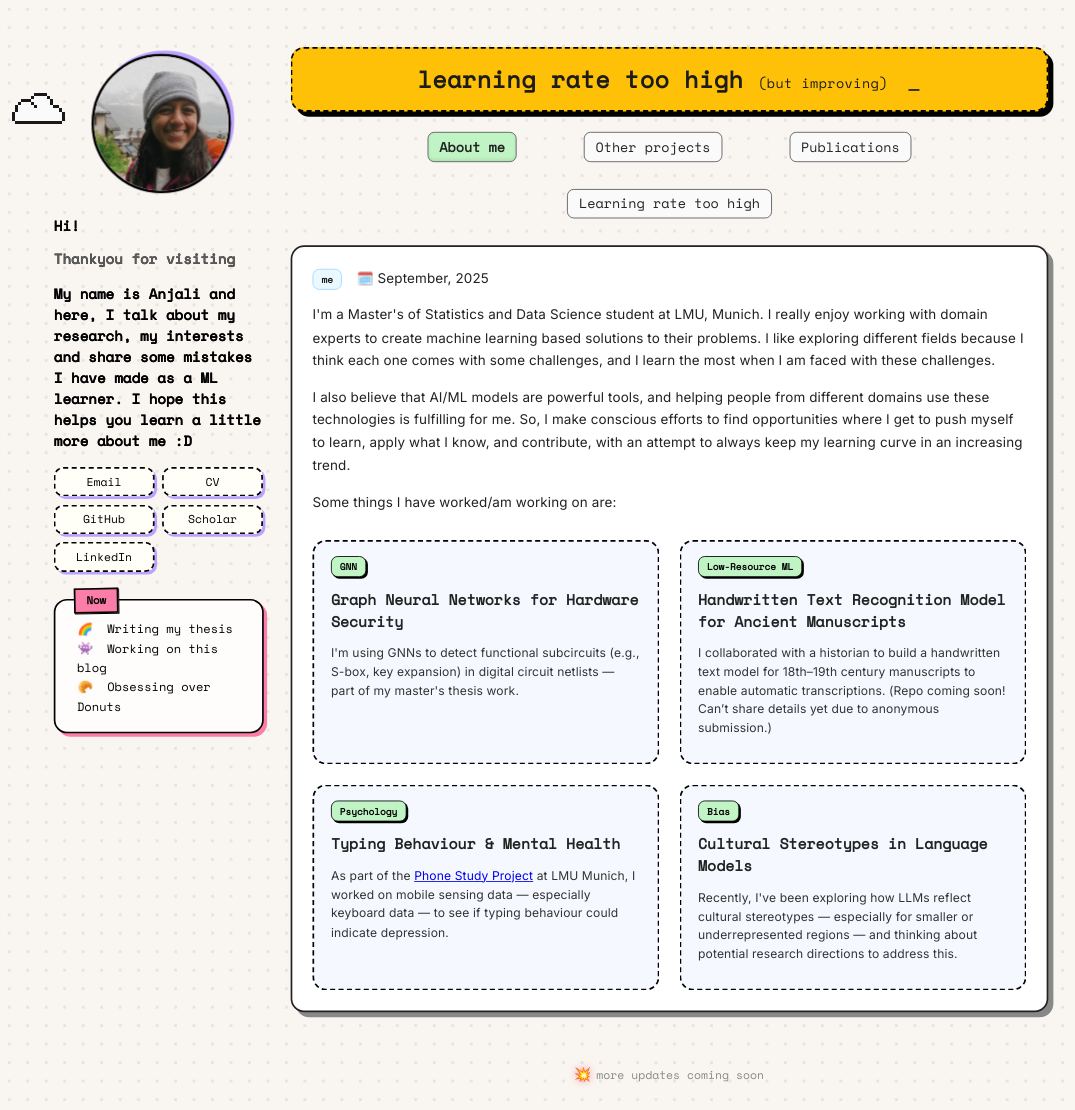
Repository: anjalisarawgi/learning_rate_too_high
Page: index.html
The author's editor kept a copy of each file at every save. The page is drawn from the files as they stood at one save, then again after the next save.
The browser window is 1280 px wide. The pictures show the whole page, at 84% of full size.

Above is the page before, as saved 2025-11-04 16:50:36.

After the next save:
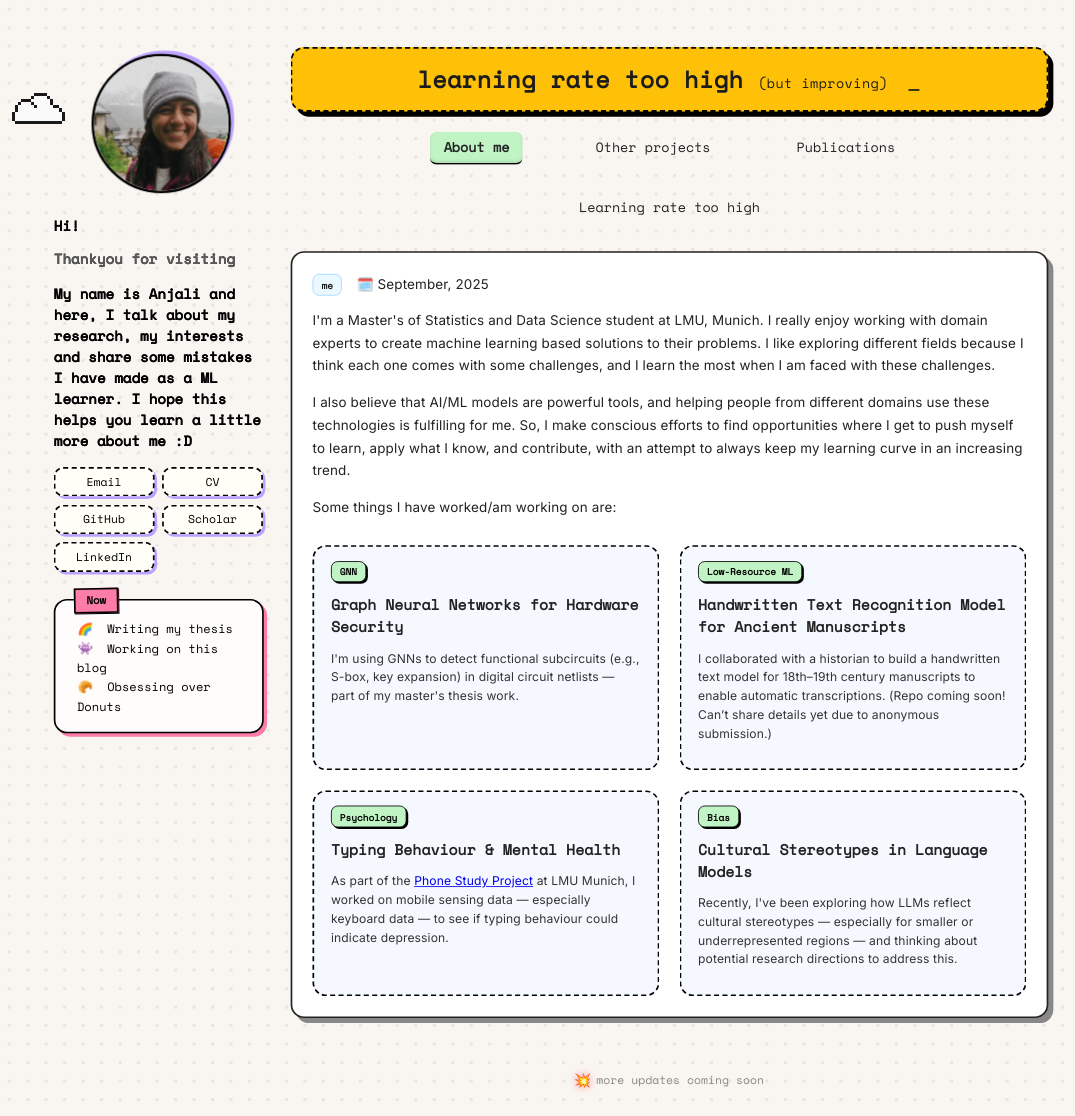
Saved 13 s later.
--- a/index.html
+++ b/index.html
@@ -64,21 +64,22 @@
     }
 
     nav a {
-  display: inline-block;
-  margin: 0 1.5rem;
-  padding: 0.3rem 0.8rem;
-  border: 1.5px solid #555;
-  border-radius: 8px;
+  margin: 0 1.2rem;
+  padding: 0.4rem 1rem;
+  border-bottom: 2px solid transparent;
   font-family: 'Space Mono', monospace;
   color: #222;
-  background: #fafafa;
   text-decoration: none;
-  transition: all 0.2s ease;
+  transition: 0.2s ease;
 }
 
 nav a:hover {
-  background: #f4e285; /* light yellow hover */
-  border-color: #222;
+  border-bottom: 2px solid #555;
+}
+
+nav a.active {
+  border-bottom: 2px solid #000;
+  font-weight: bold;
 }
 
 
